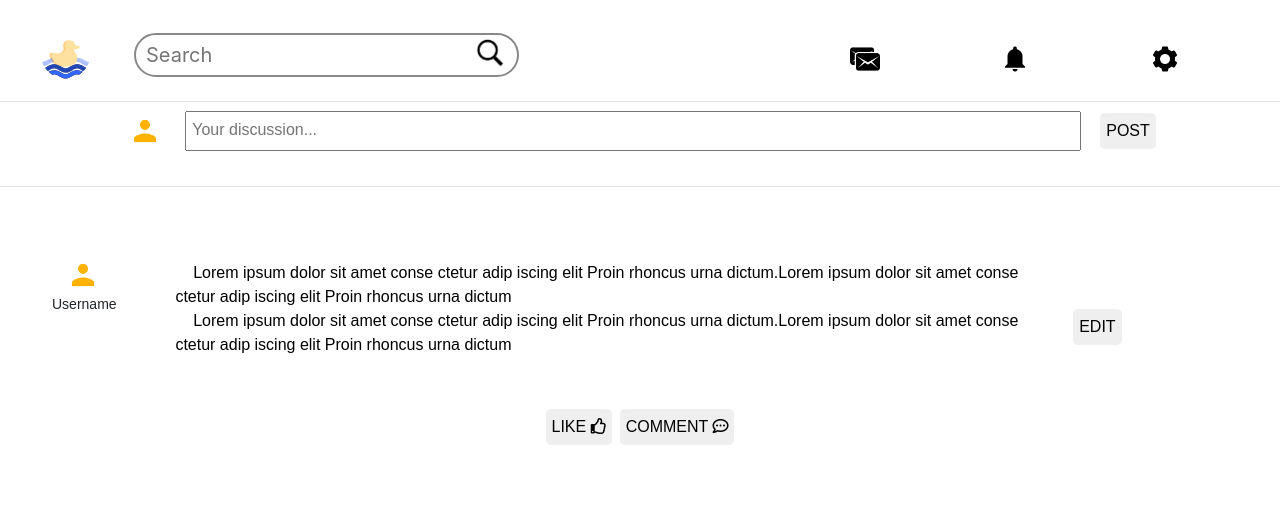
Repository: AOY311/DuckEdu
Page: discusion.html
These files come from the project's save history. The page is drawn as it stood at one moment and after the next save; the edit follows.
The browser window is 1280 px wide. The pictures show the whole page.
Some web libraries are served in a nearby version.

Above is the page before, as saved 2021-10-23 23:06:59.
Not found: comment.css

### discusion.html
<!DOCTYPE html>
<html lang="en">

<head>
    <meta charset="UTF-8" />
    <meta http-equiv="X-UA-Compatible" content="IE=edge" />
    <meta name="viewport" content="width=device-width, initial-scale=1.0" />
    <title>Comment</title>
    <link rel="stylesheet" href="comment.css" />

    <script src="https://kit.fontawesome.com/a0a7c0f0d8.js" crossorigin="anonymous"></script>

    <link rel="stylesheet" href="https://stackpath.bootstrapcdn.com/bootstrap/4.1.3/css/bootstrap.min.css" />
    <link rel="stylesheet" href="https://use.fontawesome.com/releases/v5.3.1/css/all.css" />
    <script src="https://cdnjs.cloudflare.com/ajax/libs/jquery/3.3.1/jquery.min.js"></script>
    <script src="https://stackpath.bootstrapcdn.com/bootstrap/4.1.3/js/bootstrap.min.js"></script>
    <link rel="stylesheet" href="CSS/toolbar.css">
    <style>
        .disc {
            margin: 0;
            padding: 0;
            font-family: sans-serif;
        }

        .img-avt {
            width: 50px;
            padding: 10px;
        }

        .ip-disc {
            height: 40px;
            padding: 6px;
            margin: 10px 15px;
            width: 70%;
            outline: none;
            resize: none;
            max-height: 200px;
        }

        .ip-disc::-webkit-scrollbar {
            display: none;
        }

        .btn {
            padding: 6px;
            width: fit-content;
            cursor: pointer;
            border-radius: 5px;
            transition: 0.25s;
            margin: 0 4px;
            outline: none;
            border: none;
        }

        .btn:hover {
            background-color: rgb(190, 190, 190);
        }

        .btn-like:hover {
            background-color: #74b9ff;
        }

        .btn-cmt:hover {
            background-color: #55efc4;
        }

        .body-disc {
            padding: 8px;
            margin-top: 11px;
            display: flex;
            flex-direction: column;
            justify-content: center;
            align-items: center;
        }

        .posted-disc {
            max-width: 1309px;
        }

        .ur-new-cmt {
            display: flex;
            flex-direction: column;
        }

        .posted-disc,
        .ur-new-cmt,
        .oth-cmted {
            display: flex;
            align-items: center;
            width: 100%;
            text-align: justify;
            justify-content: center;
            position: relative;
            margin-top: 40px;
        }

        .line-disc {
            padding: 6px;
            width: 70%;
            margin: 10px 15px;
            outline: none;
            resize: none;
            border: none;
        }

        .line-disc::-webkit-scrollbar {
            display: none;
        }

        .disc-react {
            text-align: center;
            display: flex;
            justify-content: space-between;
        }

        .username {
            position: absolute;
            top: 5px;
            left: 50px;
        }

        .username::after {
            content: "Username";
            position: absolute;
            top: 80%;
            left: -10px;
            font-size: 14px;
            padding: 4px;
        }

        .cmt-in-cmt {
            padding: 20px 40px;
            position: relative;
            display: flex;
            flex-direction: row;
            width: 100%;
            padding-left: 10%;
        }

        textarea[readonly="true"] {
            height: fit-content;
        }

        .error_ms {
            display: block;
        }

        #dis_checkIp {
            margin-left: 150px;
            margin-top: -2%;
            color: red;
            display: none;
        }

        #com_checkIp {
            margin-left: 150px;
            color: red;
            display: none;
        }

        .header-disc {
            display: flex;
            align-items: center;
            justify-content: center;
            padding-bottom: 25px;
            box-shadow: rgba(17, 17, 26, 0.1) 0px 1px 0px;
        }

        .active-like {
            background-color: #74b9ff;
            color: #fff;
        }

        .active-cmt {
            background-color: #55efc4;
            color: #fff;
        }
    </style>
</head>

<body onload="hide_comment()">
    <div class="header">
        <nav class="header-contener">
            <div class="contener">
                <div class="side-left">
                    <span>
                        <a href="home.jsp" class="logo"><img id="logo_home" src="img/logo.svg" alt="logo"></a>
                         <div id="DuckEdu">
                             DUCK EDU
                         </div>
                    </span>
                    <span>
                        <div class="search">
                            <form action="#" method="GET">
                                <button class="icon btn-search " id="searchIcon" type="submit"><img src="./img/search.png" alt=""></button>
                                <input type="text" id="searchInput" placeholder="Search">
                            </form>
                            <div class="list-result-search">
                                <div class="result-search" id="a1" role="button" ><data>abcabcabcabcabcabcabcabcabcabcabcabcabcabcabcabc</data></div>
                                <div class="result-search" id="a2" role="button" >abc</div>
                                <div class="result-search" id="a3" role="button" >abc</div>
                                <div class="result-search" id="a4" role="button" >abc</div>
                                <div class="result-search" id="a5" role="button" >abc</div>
                                <div class="result-search" id="a6" role="button" >abc</div>
                            </div>
                        </div>
                    </span>
                </div>
                <div class="side-right">
                    <div class="option">
                        <nav>
                            <ul class="header_ul">
                                <li><img class="icon" src="img/message.png" alt="">
                                    <ul class="drop">
                                        <a href="message.html">
                                            <li>
                                                <img style="width: 25px; padding-right: 10px;" src="https://www.gravatar.com/avatar/205e460b479e2e5b48aec07710c08d50" /> some thing content there, Im handsome guy
                                            </li>
                                        </a>
                                        <a href="message.html">
                                            <li>
                                                <img style="width: 25px; padding-right: 10px;" src="https://www.gravatar.com/avatar/205e460b479e2e5b48aec07710c08d50" /> some thing content there, Im handsome guy
                                            </li>
                                        </a>

                                    </ul>
                                </li>
                                <li><img class="icon" src="img/bell.png" alt="">
                                    <ul class="drop">
                                        <li>
                                            <img style="width: 25px; padding-right: 10px;" src="https://www.gravatar.com/avatar/205e460b479e2e5b48aec07710c08d50" /> some thing content there, Im handsome guy
                                        </li>
                                    </ul>
                                </li>
                                <li><img class="icon" src="img/setting.png" alt="">
                                    <ul class="drop setting">
                                        <a style="width: 100%;" href="user.jsp">
                                            <li>
                                                <img style="width: 25px; padding-right: 10px;" src="https://www.gravatar.com/avatar/205e460b479e2e5b48aec07710c08d50" /> User
                                            </li>
                                        </a>
                                        <a style="width: 100%;" href="setting.jsp">
                                            <li>
                                                Setting page
                                            </li>
                                        </a>
                                        <li>
                                            Logout
                                        </li>
                                    </ul>
                                </li>
                            </ul>
                        </nav>
                    </div>
                </div>
            </div>
        </nav>
    </div>
    <div class="disc" id="disc-id">
        <!-- Your Input to Disscussion -->
        <div class="header-disc">
            <img src="./img/avt.png" alt="avatar" class="img-avt" />
            <textarea placeholder="Your discussion..." class="ip-disc" id="post-discusion-value"></textarea>
            <button type="submit" class="btn btn-post" id="post-discusion" onclick="postDiscusion()">
            POST
          </button>
        </div>
        <p id="dis_checkIp">INVALID</p>

        <!-- Body Disscussion -->
        <div class="body-disc">
            <!-- add div right there -->
            <div id="container-discusion"></div>
            <!-- posted disscussion -->
            <div class="posted-disc" id="test_id_2">
                <div class="username">
                    <img src="./img/avt.png" alt="avatar" class="img-avt" />
                </div>
                <textarea class="line-disc" id="test_id" readonly>
    Lorem ipsum dolor sit amet conse ctetur adip iscing elit Proin rhoncus urna dictum.Lorem ipsum dolor sit amet conse ctetur adip iscing elit Proin rhoncus urna dictum
    Lorem ipsum dolor sit amet conse ctetur adip iscing elit Proin rhoncus urna dictum.Lorem ipsum dolor sit amet conse ctetur adip iscing elit Proin rhoncus urna dictum
            </textarea>
                <button class="btn btn-edit" id="test_id_1" onclick="edit(this.id)">
              EDIT
            </button>
            </div>
            <div class="disc-react" id="post-form">
                <button class="btn btn-like">
              LIKE <i class="far fa-thumbs-up"></i>
            </button>
                <button class="btn btn-cmt" onclick="hide_comment()">
              COMMENT <i class="far fa-comment-dots"></i>
            </button>
            </div>

            <!-- Cmt in another post -->
            <div class="cmt-in-cmt" id="myDIV">
                <div class="ur-new-cmt">
                    <div class="username">
                        <img src="./img/avt.png" alt="avatar" class="img-avt" />
                    </div>
                    <textarea placeholder="Your discussion..." class="ip-disc" id="post-comment-value"></textarea>
                    <button type="submit" class="btn btn-post" id="post-comment" onclick="postComment()">
                POST
              </button>
                </div>
                <p id="com_checkIp">INVALID</p>

                <div id="container-comment"></div>

                <div class="oth-cmted">
                    <div class="username">
                        <img src="./img/avt.png" alt="avatar" class="img-avt img-oth" />
                    </div>
                    <textarea class="line-disc" readonly>
    Lorem ipsum dolor sit amet conse ctetur adip iscing elit Proin rhonc us urna dictum
                </textarea>
                    <button class="btn btn-like">
                LIKE <i class="far fa-thumbs-up"></i>
              </button>
                </div>
                <!-- <div class="disc-react">
              </div> -->
            </div>
        </div>
    </div>

    <script>
        const textarea = document.querySelectorAll("textarea");
        textarea.forEach((element) => {
            element.addEventListener("keydown", (e) => {
                element.style.height = "40px";
                let scHeight = e.target.scrollHeight;
                element.style.height = `${scHeight}px`;
            });
        });

        function resetArea(element) {
            element.style.height = "40px";

        }
        window.onload = function() {
            hide_comment();
        };

        function hide_comment() {
            var x = document.getElementById("myDIV");
            if (x.style.display === "none") {
                x.style.display = "block";
            } else {
                x.style.display = "none";
            }
        }

        function autoheight() {
            $(".line-disc").each(function() {
                $(this).height(this.scrollHeight);
            });
        }

        $(document).ready(function() {
            autoheight();
        });

        function postDiscusion() {
            var ms = document.getElementById("dis_checkIp");
            var textarea = document.getElementById("post-discusion-value");
            var result = textarea.value;
            if (!result.trim() == "") {
                ms.style.display = "none";

                jQuery("#container-discusion").append(
                    '<div class="posted-disc"><div class="username"><img src="./img/avt.png" alt="avatar" class="img-avt" /></div>' +
                    '<textarea class="line-disc" readonly>' +
                    result +
                    "</textarea>" +
                    '<button class="btn btn-edit">EDIT</button></div><div class="disc-react"><button class="btn btn-like">LIKE <i class="far fa-thumbs-up"></i></button><button class="btn btn-cmt" onclick="hide_comment()">COMMENT <i class="far fa-comment-dots"></i></button></div>'
                );
                autoheight();
            } else {
                ms.style.display = "block";
            }

            textarea.value = "";
            resetArea(textarea);
            //clean text area when submit
        }

        function postComment() {
            var ms = document.getElementById("com_checkIp");

            var textarea = document.getElementById("post-comment-value");
            var result = textarea.value;
            if (!result.trim() == "") {
                ms.style.display = "none";

                jQuery("#container-comment").append(
                    '<div class="oth-cmted"><div class="username"><img src="./img/avt.png" alt="avatar" class="img-avt img-oth" /></div>' +
                    '<textarea  class="line-disc" readonly>' +
                    result +
                    "</textarea>" +
                    '<button class="btn btn-like">LIKE <i class="far fa-thumbs-up"></i></div>'
                );
                autoheight();
            } else {
                ms.style.display = "block";
            }
            textarea.value = ""; //clean text area when submit
            resetArea(textarea);

        }

        function edit() {
            var elem = document.getElementById("test_id_1");
            if (elem.innerHTML == "EDIT") {
                elem.innerHTML = "DONE";
                var area = document.getElementById("test_id");
                area.readOnly = false;
                area.style.borderStyle = "solid";


            } else {
                elem.innerHTML = "EDIT";
                var area = document.getElementById("test_id");
                area.readOnly = true;
                area.style.borderStyle = "none";
            }
        }
        $(document).ready(function() {
            $(".btn-like").click(function() {
                $(this).toggleClass("active-like");
            });
        });

        $(document).ready(function() {
            $(".btn-cmt").click(function() {
                $(this).toggleClass("active-cmt");
            });
        });
    </script>
</body>

</html>

### CSS/toolbar.css
.header {
    height: 101px;
}

.header-contener {
    position: fixed;
    z-index: 10;
    top: 0px;
    width: 100%;
    padding: 10px 20px;
    background: white;
    box-shadow: rgba(17, 17, 26, 0.1) 0px 1px 0px;
}

.contener {
    height: 100%;
    display: flex;
    box-sizing: border-box;
    justify-content: space-between;
    align-items: center;
    flex-direction: row;
    min-width: auto;
    margin: 0 auto;
    padding-right: 20px;
    padding-left: 20px;
    max-width: 1240px;
}

#logo_home {
    width: 50px;
    left: 39px;
    top: 8px;
    margin-right: 5px;
}

.icon {
    width: 30px;
    height: 30px;
}

#searchIcon>img {
    position: absolute;
    width: 30px;
    height: 30px;
    left: 375px;
    top: 20px;
}

#searchInput {
    box-sizing: content-box;
    height: 40px;
    width: 325px;
    padding: 0 46px 0 10px;
    border-color: #888;
    border-radius: 35px;
    border-style: solid;
    border-width: 2px;
    margin-top: 15px;
    color: #333;
    font-size: 20px;
    -webkit-appearance: none;
    -moz-appearance: none;
}

#searchInput:focus {
    border: 0px;
}

.search {
    display: inline-block;
    align-items: center;
    position: relative;
}

.btn-search {
    background-color: transparent;
    border: none;
    color: none;
    cursor: pointer;
}

.button-38 {
    background-color: #FFFFFF;
    border: 0;
    border-radius: .5rem;
    box-sizing: border-box;
    color: #111827;
    font-family: "Inter var", ui-sans-serif, system-ui, -apple-system, system-ui, "Segoe UI", Roboto, "Helvetica Neue", Arial, "Noto Sans", sans-serif, "Apple Color Emoji", "Segoe UI Emoji", "Segoe UI Symbol", "Noto Color Emoji";
    font-size: .875rem;
    font-weight: 600;
    line-height: 1.25rem;
    padding: .75rem 1rem;
    text-align: center;
    text-decoration: none #D1D5DB solid;
    text-decoration-thickness: auto;
    box-shadow: 0 1px 3px 0 rgba(0, 0, 0, 0.1), 0 1px 2px 0 rgba(0, 0, 0, 0.06);
    cursor: pointer;
    -webkit-user-select: none;
    user-select: none;
    touch-action: manipulation;
}

.button-38:hover {
    background-color: rgb(249, 250, 251);
}

.button-38:focus {
    outline: 2px solid transparent;
    outline-offset: 2px;
}

.button-38:focus-visible {
    box-shadow: none;
}

.side-right span:not(:first-child) {
    margin-left: 10px;
}

ul .drop {
    background: none;
    list-style: none;
    padding: 0;
    margin: 0;
    display: inline-block;
    border-radius: 5px;
}

.header_ul>ul li {
    padding: 0 10px;
}

.header_ul li {
    display: flex;
    align-items: center;
    justify-content: center;
}

.header_ul>li {
    list-style: none;
    float: left;
    width: 150px;
    height: 65px;
    line-height: 65px;
    position: relative;
    font-size: 14px;
    color: rgba(0, 0, 0, 0.7);
    cursor: pointer;
}

.setting a {
    cursor: pointer;
}

ul.drop {
    position: absolute;
    top: 100%;
    left: 0%;
    width: 100%;
    padding: 0;
    border-radius: 0px;
}

ul.drop li {
    display: none;
    text-align: left;
    width: 150px;
    margin: 0px;
    background: white;
    border-radius: 0px;
    align-items: center;
    position: relative;
    white-space: nowrap;
    overflow: hidden !important;
    text-overflow: ellipsis;
}

ul.drop li:hover {
    background: rgb(235, 234, 234);
}

.setting {
    background: rgb(80, 150, 255) !important;
    border-radius: 0px;
}

ul.drop {
    border-radius: 0px 0px 5px 5px;
    overflow: hidden;
}

li:hover {
    background: rgba(218, 216, 216, 0.3);
    border-radius: 5px 5px 0 0;
}

li:hover>ul.drop li {
    display: block;
    z-index: 10;
}

ul.setting li {
    background: rgb(109, 189, 255);
    display: none;
}

ul.drop.setting li:hover {
    background: rgb(86, 154, 255);
    color: white;
}

@media only screen and (max-width: 500px) {
    .option {
        float: left;
    }
}

#DuckEdu {
    display: none;
}

.side-left span:hover>#DuckEdu {
    display: inline-block;
    -webkit-animation: tracking-in-expand 0.7s cubic-bezier(0.215, 0.610, 0.355, 1.000) both;
    animation: tracking-in-expand 0.7s cubic-bezier(0.215, 0.610, 0.355, 1.000) both;
}

.tracking-in-expand {
    -webkit-animation: tracking-in-expand 0.7s cubic-bezier(0.215, 0.610, 0.355, 1.000) both;
    animation: tracking-in-expand 0.7s cubic-bezier(0.215, 0.610, 0.355, 1.000) both;
}

.list-result-search {
    display: none;
    position: absolute;
    width: 100%;
    flex-direction: column;
    background: transparent;
    /* display: flex; */
    align-items: center;
    justify-content: center;
}

.result-search {
    width: 75%;
    height: 50px;
    background: white;
    padding: 5px;
    border: 1px solid;
    display: flex;
    align-items: center;
    justify-content: left;
}

.result-search:hover {
    background: #D1D5DB;
}

.result-search data {
    white-space: nowrap;
    overflow: hidden !important;
    text-overflow: ellipsis;
}


/* ----------------------------------------------
 * Generated by Animista on 2021-10-16 23:8:53
 * Licensed under FreeBSD License.
 * See http://animista.net/license for more info.
 * w: http://animista.net, t: @cssanimista
 * ---------------------------------------------- */


/**
 * ----------------------------------------
 * animation tracking-in-expand
 * ----------------------------------------
 */

@-webkit-keyframes tracking-in-expand {
    0% {
        letter-spacing: -0.5em;
        opacity: 0;
    }
    40% {
        opacity: 0.6;
    }
    100% {
        opacity: 1;
    }
}

@keyframes tracking-in-expand {
    0% {
        letter-spacing: -0.5em;
        opacity: 0;
    }
    40% {
        opacity: 0.6;
    }
    100% {
        opacity: 1;
    }
}

After the next save:
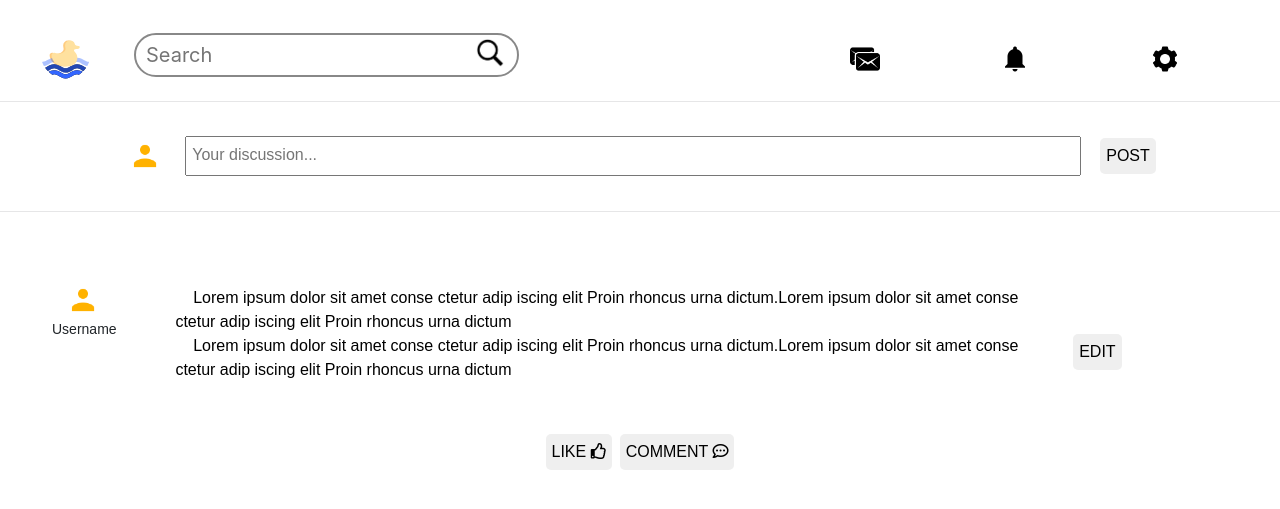
Saved 2 min 46 s later.
--- a/discusion.html
+++ b/discusion.html
@@ -163,6 +163,7 @@
             align-items: center;
             justify-content: center;
             padding-bottom: 25px;
+            padding-top: 25px;
             box-shadow: rgba(17, 17, 26, 0.1) 0px 1px 0px;
         }
 
